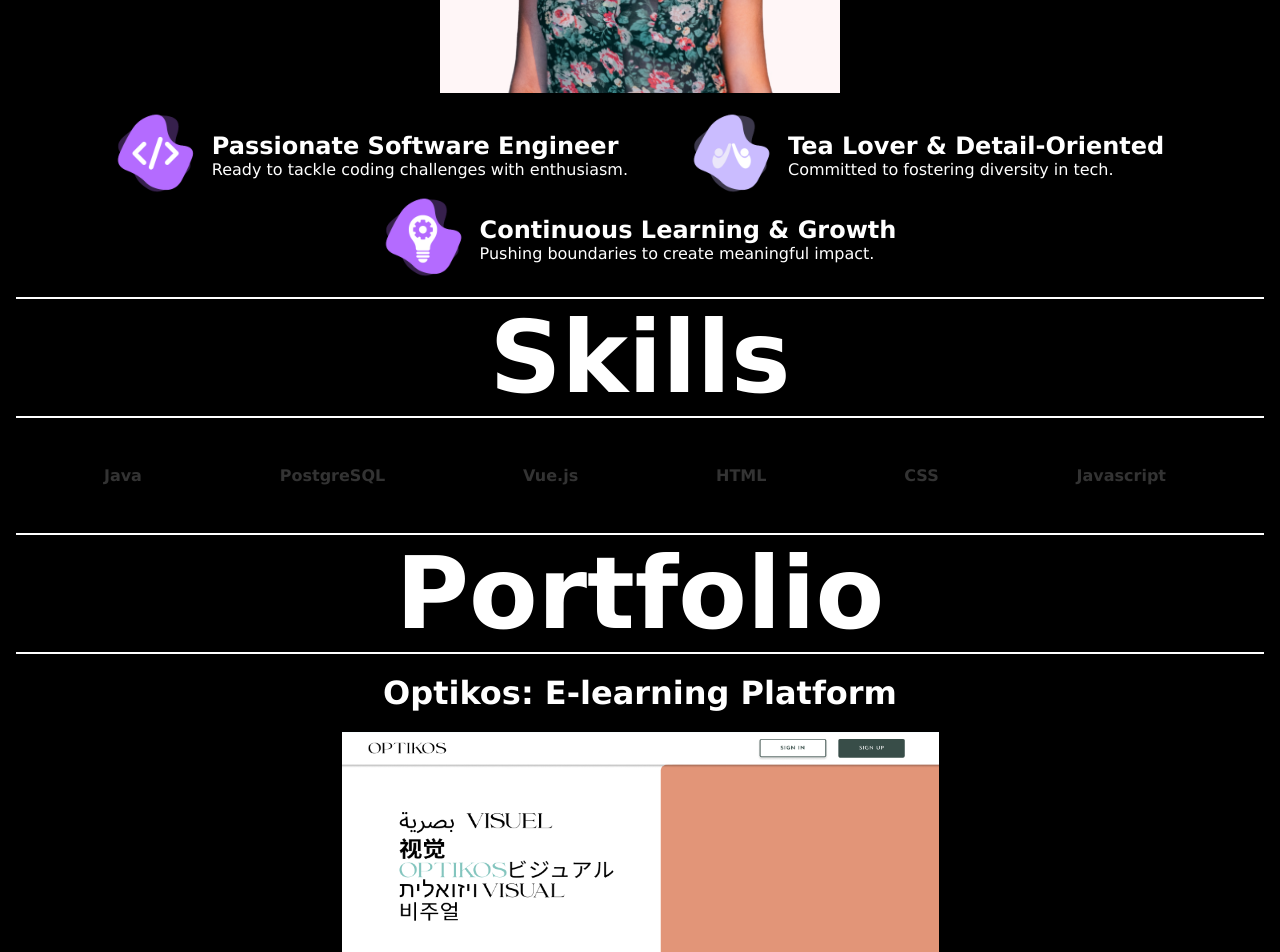
Repository: woodsdeshe/portfolio
Page: index.html
The author's editor kept a copy of each file at every save. The page is drawn from the files as they stood at one save, then again after the next save.
The browser window is 1280 px wide. The pictures show the part of the page from y = 1193 to 2145 px (the page is 2547 px tall).
A picture or video elsewhere on the page could not be fetched, so the positions and the page height are approximate. Some web fonts or font styles are not loaded; a fallback is used.

Above is the page before, as saved 2023-06-11 16:05:29.

After the next save:
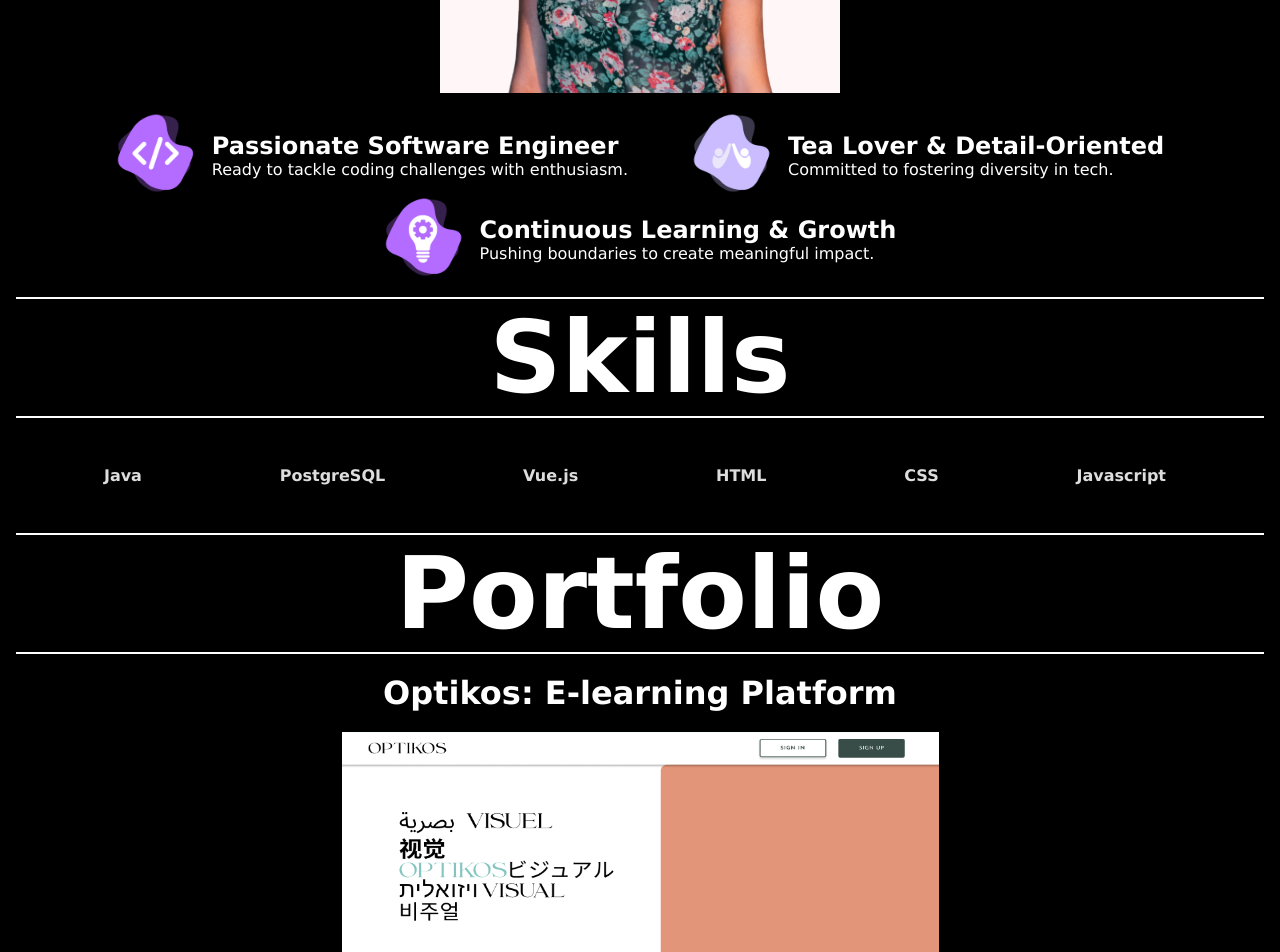
Saved 7 s later.
--- a/style.css
+++ b/style.css
@@ -136,7 +136,7 @@ body:not(.container) {
     font-size: 16px; /* Adjust the font size */
     font-weight: bold; /* Adjust the font weight */
     text-decoration: none;
-    color: #333; /* Adjust the text color */
+    color: #ddd; /* Adjust the text color */
     border-radius: 4px;
     transition: background-color 0.3s ease; /* Add a smooth transition effect */
   }
